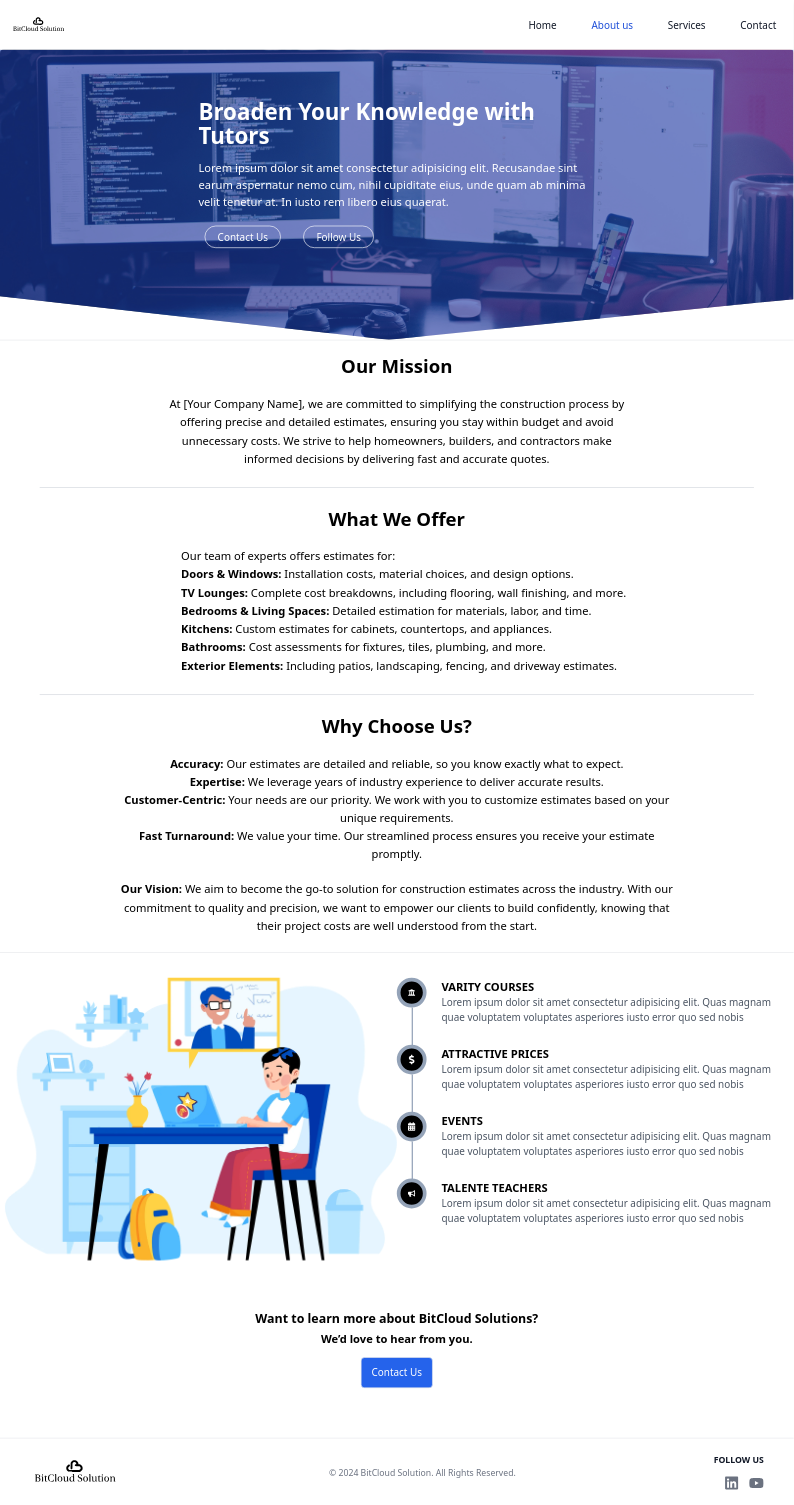
Repository: huzaifaBitCloud/BitCloud-website
Page: /about-us
An editor plug-in stored every save of this project. The page is shown before and after the next save, followed by the edit.
The browser window is 1280 px wide. The pictures show the whole page, at 62% of full size.
The project was rebuilt for these pictures with package versions that can differ from the ones it lists, and the page was loaded fresh each time. The framework's server and built-in components were replaced by stand-ins that run in the browser. Also part of the build but not shown: next.config.mjs.

Above is the page before, as saved 2025-01-14 12:07:29.

### src/app/about-us/page.tsx
import Layout from "@/components/Layout";
import About from "@/components/About";

const AboutPage = () => {
  return (
    <Layout>
      <About />
    </Layout>
  );
};

export default AboutPage;

### src/app/globals.css
@tailwind base;
@tailwind components;
@tailwind utilities;

.custom-cards-ourClient {
  box-shadow: 0px -10px 10px 2px rgba(221, 223, 226, 1);
  border-radius: 15px;
  background: linear-gradient(180deg, #e9f2e4 0%, #f5f7fa 90%);
}
.custom-card-2-achievements {
  box-shadow: 0px -10px 10px 2px rgba(221, 223, 226, 1);
  border-radius: 15px;
  background: linear-gradient(180deg, #f4d9d0 0%, #f5f7fa 90%);
}
.custom-card-3-achievements {
  box-shadow: 0px -10px 10px 2px rgba(221, 223, 226, 1);
  border-radius: 15px;
  background: linear-gradient(180deg, #e7ebf0, #f5f7fa 90%);
}

:root {
  /* --color-primary: #e9f2e4;
    --color-secondary: #f5f7fa;
*/
  --h-100vh: 100vh;
}

/* ABout CSS */

.btn-about {
  display: inline-block;
  margin: 0 0.625rem;
  padding: 0.3125rem 1.25rem;
  border-radius: 1.25rem;
  background: transparent;
  border: solid 0.0625rem #fff;
  position: relative;
  z-index: 9;
}
.main-hero-about {
  clip-path: polygon(
    50% 0%,
    100% 0,
    100% 35%,
    100% 86%,
    49% 100%,
    0 85%,
    0% 35%,
    0 0
  );
}

/* Services */

.zoomIn {
  -webkit-animation-name: zoomIn;
  animation-name: zoomIn;
  -webkit-animation-duration: 1s;
  animation-duration: 1s;
  -webkit-animation-fill-mode: both;
  animation-fill-mode: both;
}
@-webkit-keyframes zoomIn {
  0% {
    opacity: 0;
    -webkit-transform: scale3d(0.3, 0.3, 0.3);
    transform: scale3d(0.3, 0.3, 0.3);
  }
  50% {
    opacity: 1;
  }
}
@keyframes zoomIn {
  0% {
    opacity: 0;
    -webkit-transform: scale3d(0.3, 0.3, 0.3);
    transform: scale3d(0.3, 0.3, 0.3);
  }
  50% {
    opacity: 1;
  }
}

.card-services {
  border-top: 10px solid transparent;
  transition: border-top-color 0.4s, box-shadow 0.4s;
}

.card-services:hover {
  border-top-color: #2563eb;
  box-shadow: 0px 0px 5px rgba(0, 0, 0, 0.75);
}


@media only screen and (max-width: 760px) {
  .main-hero-about {
    clip-path: polygon(
      50% 0%,
      100% 0,
      100% 35%,
      100% 92%,
      49% 100%,
      0 92%,
      0% 35%,
      0 0
    );
  }
  .main-hero-about {
    height: var(--h-100vh) !important;
  }
  .sub-hero-about {
    text-align: center !important;
    margin: 0 auto !important;
  }
  .mob-btn-about {
    justify-content: center;
  }
  .mob-nav-style{
    position: absolute;
    top: 76%;
    left: 0;
  }
}

### src/components/Layout.tsx
import React from "react";
import { ReactNode } from "react";

import { Navbar } from "./Navbar";
import Footer from "./Footer";

interface LayoutProps {
  children: ReactNode;
}

const Layout = ({children}: LayoutProps) => {
  return (
    <div>
      <Navbar />
      <div className="">{children}</div>
      <Footer />
    </div>
  );
};

export default Layout;

### src/components/About.tsx
"use client";
import { useRouter } from "next/navigation";
import React from "react";
import WhyChooseUs from "./WhyChooseUs";

const About = () => {
  const router = useRouter();

  return (
    <section id="about" className=" w-[100%] mx-auto mb-6">
      {/* HEADINGS */}
      <div
        className="relative text-white text-center py-20 rounded-md bg-cover bg-center lg:h-[65vh] md:h-[70vh] main-hero-about"
        style={{
          backgroundImage: "url('/images/web-developer.jpg')",
        }}
      >
        {/* Overlay */}
        <div className="absolute inset-0 bg-blue-800 bg-opacity-60"></div>

        {/* Content */}
        <div className="relative z-10 sm:w-[100%] md:w-[80%] lg:w-[50%] mx-auto text-left sub-hero-about">
          <h2 className="text-4xl font-bold mb-4">
            Broaden Your Knowledge with Tutors
          </h2>
          <p className="mb-6 text-lg">
            Lorem ipsum dolor sit amet consectetur adipisicing elit. Recusandae
            sint earum aspernatur nemo cum, nihil cupiditate eius, unde quam ab
            minima velit tenetur at. In iusto rem libero eius quaerat.
          </p>
          <div className="flex mob-btn-about gap-4">
            <button
              className="btn-about border border-white px-6 py-2 rounded-md hover:bg-white hover:text-blue-800 transition"
              onClick={() => router.push("/contact")}
            >
              Contact Us
            </button>
            <button
              className="btn-about border border-white px-6 py-2 rounded-md hover:bg-white hover:text-blue-800 transition"
              onClick={() =>
                router.push(
                  "https://www.linkedin.com/company/bitcloud-solution-software/"
                )
              }
            >
              Follow Us
            </button>
          </div>
        </div>
      </div>
      <hr />

      {/* <div className="mt-5 px-2">
        <h2 className="text-3xl font-bold my-6">Our Mission</h2>
        <p className="my-7">
          At [Your Company Name], we are committed to simplifying the
          construction process by offering precise and detailed estimates,
          ensuring you stay within budget and avoid unnecessary costs. We strive
          to help homeowners, builders, and contractors make informed decisions
          by delivering fast and accurate quotes.
        </p>

        <hr />
        <h2 className="text-3xl font-bold text-left my-6">What We Offer</h2>
        <p className="my-7">
          Our team of experts offers estimates for: Doors & Windows:
          Installation costs, material choices, and design options. TV Lounges:
          Complete cost breakdowns, including flooring, wall finishing, and
          more. Bedrooms & Living Spaces: Detailed estimation for materials,
          labor, and time. Kitchens: Custom estimates for cabinets, countertops,
          and appliances. Bathrooms: Cost assessments for fixtures, tiles,
          plumbing, and more. Exterior Elements: Including patios, landscaping,
          fencing, and driveway estimates.
        </p>
        <hr />
        <h2 className="text-3xl font-bold ">Why Choose Us?</h2>
        <p className="my-7 w-[85%]">
          Accuracy: Our estimates are detailed and reliable, so you know exactly
          what to expect. Expertise: We leverage years of industry experience to
          deliver accurate results. Customer-Centric: Your needs are our
          priority. We work with you to customize estimates based on your unique
          requirements. Fast Turnaround: We value your time. Our streamlined
          process ensures you receive your estimate promptly. Our Vision We aim
          to become the go-to solution for construction estimates across the
          industry. With our commitment to quality and precision, we want to
          empower our clients to build confidently, knowing that their project
          costs are well understood from the start.
        </p>
      </div> */}

      <div className="mt-5 px-4 sm:px-6 md:px-10 lg:px-16">
        {/* Our Mission */}
        <div className="text-center">
          <h2 className="text-3xl font-bold my-6">Our Mission</h2>
          <p className="my-7 text-lg leading-relaxed max-w-3xl mx-auto">
            At [Your Company Name], we are committed to simplifying the
            construction process by offering precise and detailed estimates,
            ensuring you stay within budget and avoid unnecessary costs. We
            strive to help homeowners, builders, and contractors make informed
            decisions by delivering fast and accurate quotes.
          </p>
        </div>

        <hr className="my-8 border-gray-300" />

        {/* What We Offer */}
        <div className="text-center">
          <h2 className="text-3xl font-bold my-6">What We Offer</h2>
          <p className="my-7 text-lg leading-relaxed max-w-4xl mx-auto text-justify pl-[100px]">
            Our team of experts offers estimates for:
            <br />
            <strong>Doors & Windows:</strong> Installation costs, material
            choices, and design options.
            <br />
            <strong>TV Lounges:</strong> Complete cost breakdowns, including
            flooring, wall finishing, and more.
            <br />
            <strong>Bedrooms & Living Spaces:</strong> Detailed estimation for
            materials, labor, and time.
            <br />
            <strong>Kitchens:</strong> Custom estimates for cabinets,
            countertops, and appliances.
            <br />
            <strong>Bathrooms:</strong> Cost assessments for fixtures, tiles,
            plumbing, and more.
            <br />
            <strong>Exterior Elements:</strong> Including patios, landscaping,
            fencing, and driveway estimates.
          </p>
        </div>

        <hr className="my-8 border-gray-300" />

        {/* Why Choose Us */}
        <div className="text-center">
          <h2 className="text-3xl font-bold my-6">Why Choose Us?</h2>
          <p className="my-7 text-lg leading-relaxed max-w-4xl mx-auto">
            <strong>Accuracy:</strong> Our estimates are detailed and reliable,
            so you know exactly what to expect.
            <br />
            <strong>Expertise:</strong> We leverage years of industry experience
            to deliver accurate results.
            <br />
            <strong>Customer-Centric:</strong> Your needs are our priority. We
            work with you to customize estimates based on your unique
            requirements.
            <br />
            <strong>Fast Turnaround:</strong> We value your time. Our
            streamlined process ensures you receive your estimate promptly.
          </p>
          <p className="my-7 text-lg leading-relaxed max-w-4xl mx-auto">
            <strong>Our Vision:</strong> We aim to become the go-to solution for
            construction estimates across the industry. With our commitment to
            quality and precision, we want to empower our clients to build
            confidently, knowing that their project costs are well understood
            from the start.
          </p>
        </div>
      </div>

      <hr />
      <div className="my-10 ">
        <WhyChooseUs />
      </div>
      <div className="text-center my-20">
        <h3 className="text-xl font-bold">
          Want to learn more about BitCloud Solutions?
        </h3>
        <p className="text-lg font-semibold mt-1">
          We’d love to hear from you.
        </p>
        <button
          className="border bg-blue-600 px-4 py-3 rounded-md text-white hover:bg-blue-700 mt-4"
          onClick={() => router.push("/contact")}
        >
          Contact Us
        </button>
      </div>
    </section>
  );
};

export default About;

### src/components/Navbar.tsx
"use client";
import Image from "next/image";
import Link from "next/link";
import { usePathname } from "next/navigation";
import React, { useState } from "react";

export const Navbar = () => {
  const [menu, setMenu] = useState(false);
  const [servicesDropdown, setServicesDropdown] = useState(false);
  const pathname = usePathname();

  const links = [
    { href: "/", label: "Home" },
    { href: "/about-us", label: "About us" },
    { label: "Services", dropdown: true },
    { href: "/contact", label: "Contact" },
  ];

  const servicesLinks = [
    { href: "/web-development", label: "Web Development" },
    { href: "/mob-development", label: "Mobile Development" },
    { href: "/services/service3", label: "UI/UX Design" },
    { href: "/zoho-crm", label: "Zoho CRM" },
    { href: "/finance-account", label: "Finances & Accounting" },
  ];

  const isActive = (href) => pathname === href;

  return (
    <nav className="border-gray-200 bg-white shadow-md dark:bg-gray-900 dark:border-gray-700">
      <div className="max-w-screen-xl flex flex-wrap items-center justify-between mx-auto p-4 relative">
        <Link href="/" passHref>
          <div className="relative w-24 h-12 cursor-pointer flex items-center space-x-3">
            <Image
              src="/images/logo.svg"
              alt="BitCloud Logo"
              fill
              sizes="(max-width: 768px) 100px, (max-width: 1200px) 50vw, 33vw"
              className="object-contain"
            />
          </div>
        </Link>

        <button
          type="button"
          data-collapse-toggle="navbar-dropdown"
          className="inline-flex items-center p-2 w-10 h-10 justify-center text-sm text-gray-500 rounded-lg md:hidden hover:bg-gray-100 dark:hover:bg-gray-700"
          aria-controls="navbar-dropdown"
          aria-expanded={menu}
          onClick={() => setMenu(!menu)}
        >
          <svg
            className="w-5 h-5"
            aria-hidden="true"
            xmlns="http://www.w3.org/2000/svg"
            fill="none"
            viewBox="0 0 17 14"
          >
            <path
              stroke="currentColor"
              strokeLinecap="round"
              strokeLinejoin="round"
              strokeWidth="2"
              d="M1 1h15M1 7h15M1 13h15"
            />
          </svg>
        </button>

        <div
          className={`${menu ? "block" : "hidden"} w-full md:block md:w-auto mob-nav-style`}
          id="navbar-dropdown"
        >
          <ul className="flex flex-col font-medium p-4 md:p-0 mt-4 border border-gray-100 rounded-lg bg-gray-50 md:flex-row md:space-x-8 md:mt-0 md:border-0 md:bg-white dark:bg-gray-800">
            {links.map(({ href, label, dropdown }) => (
             <li
             key={label}
             className="relative"
             onMouseEnter={dropdown ? () => setServicesDropdown(true) : null}
             onMouseLeave={dropdown ? () => setServicesDropdown(false) : null}
           >
             {dropdown ? (
               <span
                 className="block py-2 px-3 rounded cursor-pointer text-gray-900 dark:text-white"
               >
                 {label}
               </span>
             ) : (
               <Link href={href} passHref>
                 <span
                   className={`block py-2 px-3 rounded cursor-pointer ${
                     isActive(href)
                       ? "text-blue-700 dark:text-blue-500"
                       : "text-gray-900 dark:text-white"
                   }`}
                 >
                   {label}
                 </span>
               </Link>
             )}
             {dropdown && servicesDropdown && (
               <div className="z-50 absolute left-0 top-full w-48 bg-white border border-gray-200 shadow-lg rounded-lg">
                 <ul className="py-2 text-sm text-gray-700 dark:text-gray-400">
                   {servicesLinks.map(({ href, label }) => (
                     <li key={href}>
                       <Link href={href} passHref>
                         <span
                           onClick={() => setServicesDropdown(false)}
                           className="block px-4 py-2 hover:bg-gray-100 dark:hover:bg-gray-600 dark:hover:text-white"
                         >
                           {label}
                         </span>
                       </Link>
                     </li>
                   ))}
                 </ul>
               </div>
             )}
           </li>
            ))}
          </ul>
        </div>
      </div>
    </nav>
  );
};

export default Navbar;

### src/components/Footer.tsx
// import Link from "next/link";
// import { FaLinkedin, FaYoutube } from "react-icons/fa";

// const Footer = () => {
//   const currentYear = new Date().getFullYear(); // Get the current year dynamically

//   return (
//     <footer className="bg-white dark:bg-gray-900 border-t w-full">
//       <div className="container mx-auto px-4 py-6">
//         <div className="flex flex-col md:flex-row md:items-center md:justify-between">
//           {/* Logo Section */}
//           <div className="flex items-center mb-4 md:mb-0 py-6">
//             <img
//               src="/images/logo.svg"
//               alt="BitCloud Logo"
//               className="h-14 mr-3 md:ml-4"
//             />
//           </div>

//           {/* Rights Section */}
//           <div className="text-center mb-4 md:mb-0">
//             <span className="text-sm text-gray-500 dark:text-gray-400">
//               © {currentYear}{" "}
//               <Link
//                 href="https://bitcloudsolution.com/"
//                 className="hover:underline"
//               >
//                 BitCloud Solution
//               </Link>
//               . All Rights Reserved.
//             </span>
//           </div>

//           {/* Follow Us Section */}
//           <div className="flex flex-col items-center md:items-end">
//             <h2 className="mb-4 text-sm font-semibold text-gray-900 uppercase dark:text-white">
//               Follow Us
//             </h2>
//             <div className="flex space-x-4">
//               <Link
//                 href="https://www.linkedin.com/company/bitcloud-solution-software/"
//                 aria-label="LinkedIn"
//                 className="text-gray-500 hover:text-blue-600 dark:hover:text-blue-400"
//               >
//                 <FaLinkedin className="w-6 h-6" />
//               </Link>
//               <Link
//                 href="http://www.youtube.com/@BitCloudSolution"
//                 aria-label="YouTube"
//                 className="text-gray-500 hover:text-red-600 dark:hover:text-red-400"
//               >
//                 <FaYoutube className="w-6 h-6" />
//               </Link>
//             </div>
//           </div>
//         </div>
//       </div>
//     </footer>
//   );
// };

// export default Footer;

import Link from "next/link";
import { FaLinkedin, FaYoutube } from "react-icons/fa";

const Footer = () => {
  const currentYear = new Date().getFullYear(); // Get the current year dynamically

  return (
    <footer className="bg-white dark:bg-gray-900 border-t w-full">
      <div className="container mx-auto px-6 py-6">
        <div className="flex flex-col items-center md:flex-row md:justify-between">
          {/* Logo Section */}
          <div className="flex items-center mb-4 md:mb-0 md:ml-6">
            <Link href='/'>
            <img
              src="/images/logo.svg"
              alt="BitCloud Logo"
              className="h-14 mr-3"
            />
            </Link>
          </div>

          {/* Rights Section */}
          <div className="text-center mb-4 md:mb-0">
            <span className="text-sm text-gray-500 dark:text-gray-400">
              © {currentYear}{" "}
              <Link
                href="https://bitcloudsolution.com/"
                className="hover:underline"
              >
                BitCloud Solution
              </Link>
              . All Rights Reserved.
            </span>
          </div>

          {/* Follow Us Section */}
          <div className="flex flex-col items-center md:items-end md:mr-6">
            <h2 className="mb-4 text-sm font-semibold text-gray-900 uppercase dark:text-white">
              Follow Us
            </h2>
            <div className="flex space-x-4">
              <Link
                href="https://www.linkedin.com/company/bitcloud-solution-software/"
                aria-label="LinkedIn"
                className="text-gray-500 hover:text-blue-600 dark:hover:text-blue-400"
              >
                <FaLinkedin className="w-6 h-6" />
              </Link>
              <Link
                href="http://www.youtube.com/@BitCloudSolution"
                aria-label="YouTube"
                className="text-gray-500 hover:text-red-600 dark:hover:text-red-400"
              >
                <FaYoutube className="w-6 h-6" />
              </Link>
            </div>
          </div>
        </div>
      </div>
    </footer>
  );
};

export default Footer;

### src/components/WhyChooseUs.tsx
import React from "react";
import {
  FaUniversity,
  FaDollarSign,
  FaCalendarAlt,
  FaBullhorn,
} from "react-icons/fa";

const WhyChooseUs = () => {
  const steps = [
    {
      icon: <FaUniversity />,
      title: "VARITY COURSES",
      description:
        "Lorem ipsum dolor sit amet consectetur adipisicing elit. Quas magnam quae voluptatem voluptates asperiores iusto error quo sed nobis",
    },
    {
      icon: <FaDollarSign />,
      title: "ATTRACTIVE PRICES",
      description:
        "Lorem ipsum dolor sit amet consectetur adipisicing elit. Quas magnam quae voluptatem voluptates asperiores iusto error quo sed nobis",
    },
    {
      icon: <FaCalendarAlt />,
      title: "EVENTS",
      description:
        "Lorem ipsum dolor sit amet consectetur adipisicing elit. Quas magnam quae voluptatem voluptates asperiores iusto error quo sed nobis",
    },
    {
      icon: <FaBullhorn />,
      title: "TALENTE TEACHERS",
      description:
        "Lorem ipsum dolor sit amet consectetur adipisicing elit. Quas magnam quae voluptatem voluptates asperiores iusto error quo sed nobis",
    },
  ];

  return (
    <div className="w-[100%] mx-auto mt-6">

      <div className="grid lg:grid-cols-2 xs:grid-cols-1 mx-2">
        <div>
          <img src="/images/about-us.jpg" alt="About us" />
        </div>
        <div className="flex flex-col items-start mx-auto h-[100%]">
          {steps.map((step, index) => (
            <div key={index} className="flex items-start mb-8 relative">
              {/* Vertical Line */}
              {index !== steps.length - 1 && (
                <span className="absolute left-6 top-12 h-20 w-0.5 bg-slate-400"></span>
              )}

              {/* Icon in a circle */}
              <div className="flex justify-center items-center w-12 h-12 p-3 rounded-full bg-black text-white border-[6px] border-slate-400">
                {step.icon}
              </div>

              {/* Title and Description */}
              <div className="ml-6">
                <h3 className="text-lg font-bold">{step.title}</h3>
                <p className="text-gray-600">{step.description}</p>
              </div>
            </div>
          ))}
        </div>
      </div>
    </div>
  );
};

export default WhyChooseUs;

Loaded but not shown: src/app/layout.tsx (common file); tailwind.config.ts (common file)

After the next save:
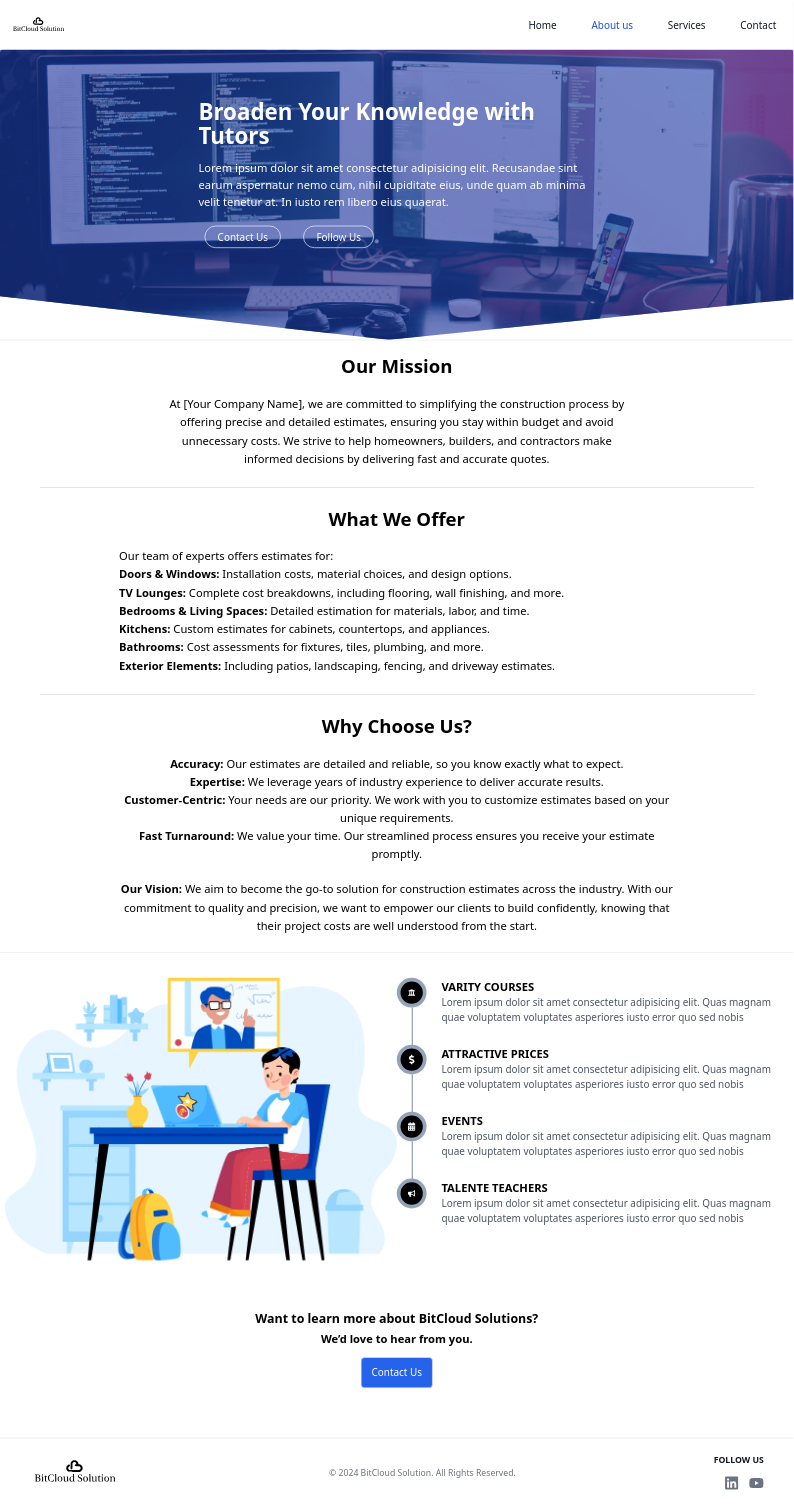
Saved 28 s later.
--- a/src/components/About.tsx
+++ b/src/components/About.tsx
@@ -106,7 +106,7 @@
         {/* What We Offer */}
         <div className="text-center">
           <h2 className="text-3xl font-bold my-6">What We Offer</h2>
-          <p className="my-7 text-lg leading-relaxed max-w-4xl mx-auto text-justify pl-[100px]">
+          <p className="my-7 text-lg leading-relaxed max-w-4xl mx-auto text-justify text-center">
             Our team of experts offers estimates for:
             <br />
             <strong>Doors & Windows:</strong> Installation costs, material
